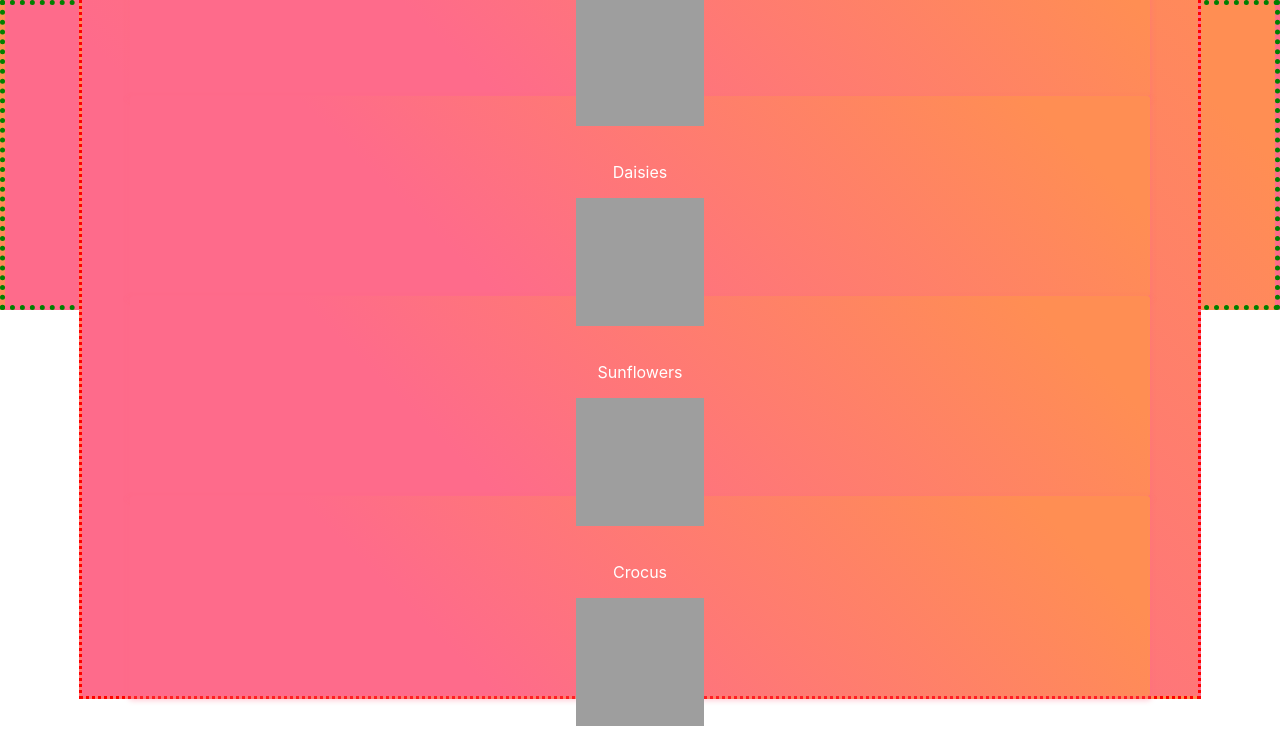
Repository: DevLuDaley/react-flower-shop
Page: /
An editor plug-in stored every save of this project. The page is shown before and after the next save, followed by the edit.
The browser window is 1280 px wide. The pictures show the whole page.
Pictures or frames that could not be fetched are drawn as grey boxes. The project was rebuilt for these pictures with package versions that can differ from the ones it lists, and the page was loaded fresh each time.

Above is the page before, as saved 2021-02-19 22:06:15.

After the next save:
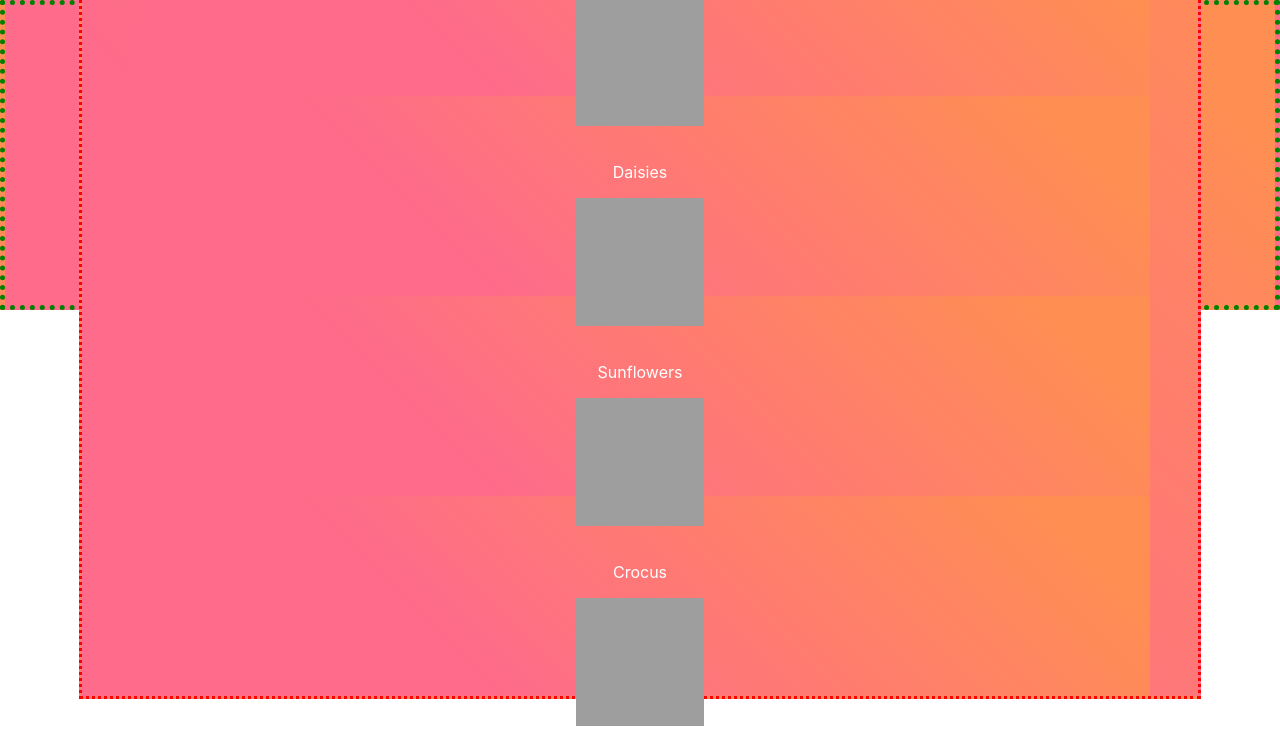
Saved 4 s later.
--- a/src/components/FlowerGallery.js
+++ b/src/components/FlowerGallery.js
@@ -24,7 +24,7 @@
     background: 'linear-gradient(45deg, #FE6B8B 30%, #FF8E53 90%)',
     // border: 0,
     borderRadius: 3,
-    boxShadow: '0 3px 5px 2px rgba(255, 105, 135, .3)',
+    // boxShadow: '0 3px 5px 2px rgba(255, 105, 135, .3)',
     color: 'white',
     height: 100,
     padding: '50px 30px',

After the save that followed:
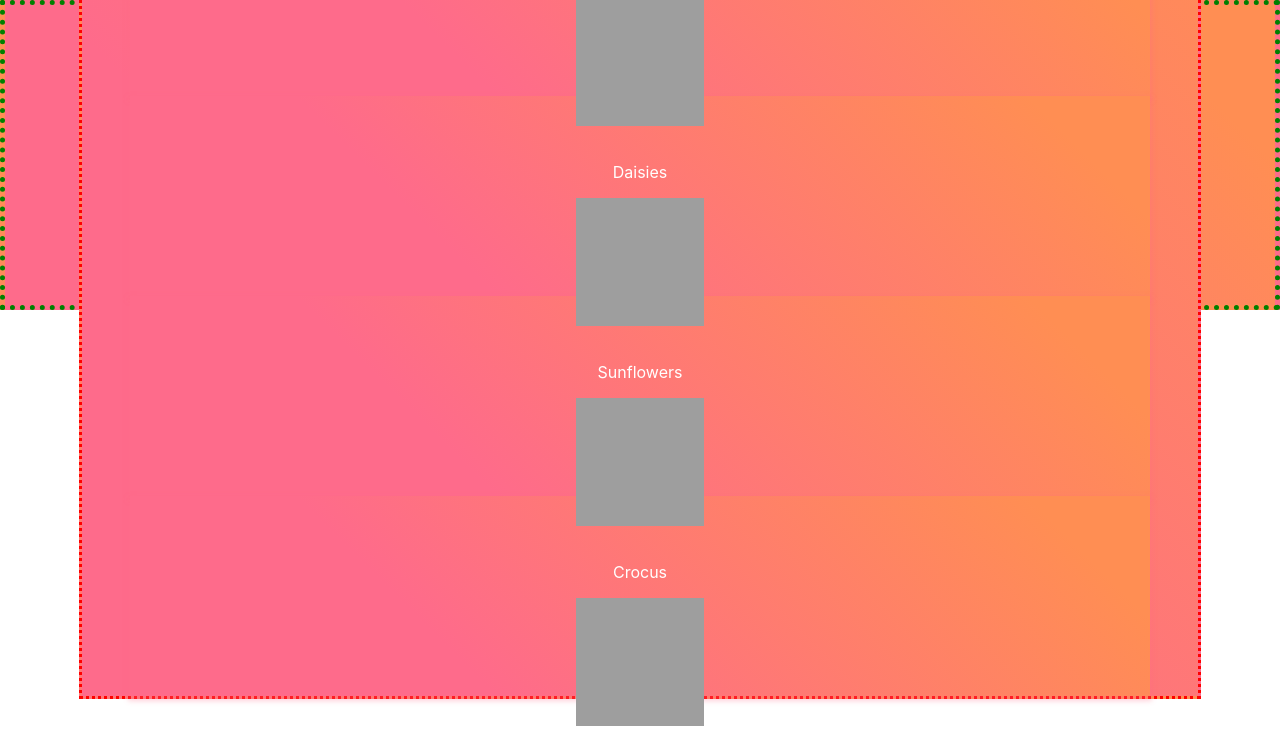
Saved 4 s later.
--- a/src/components/FlowerGallery.js
+++ b/src/components/FlowerGallery.js
@@ -23,8 +23,8 @@
   root: {
     background: 'linear-gradient(45deg, #FE6B8B 30%, #FF8E53 90%)',
     // border: 0,
-    borderRadius: 3,
-    // boxShadow: '0 3px 5px 2px rgba(255, 105, 135, .3)',
+    // borderRadius: 3,
+    boxShadow: '0 3px 5px 2px rgba(255, 105, 135, .3)',
     color: 'white',
     height: 100,
     padding: '50px 30px',
